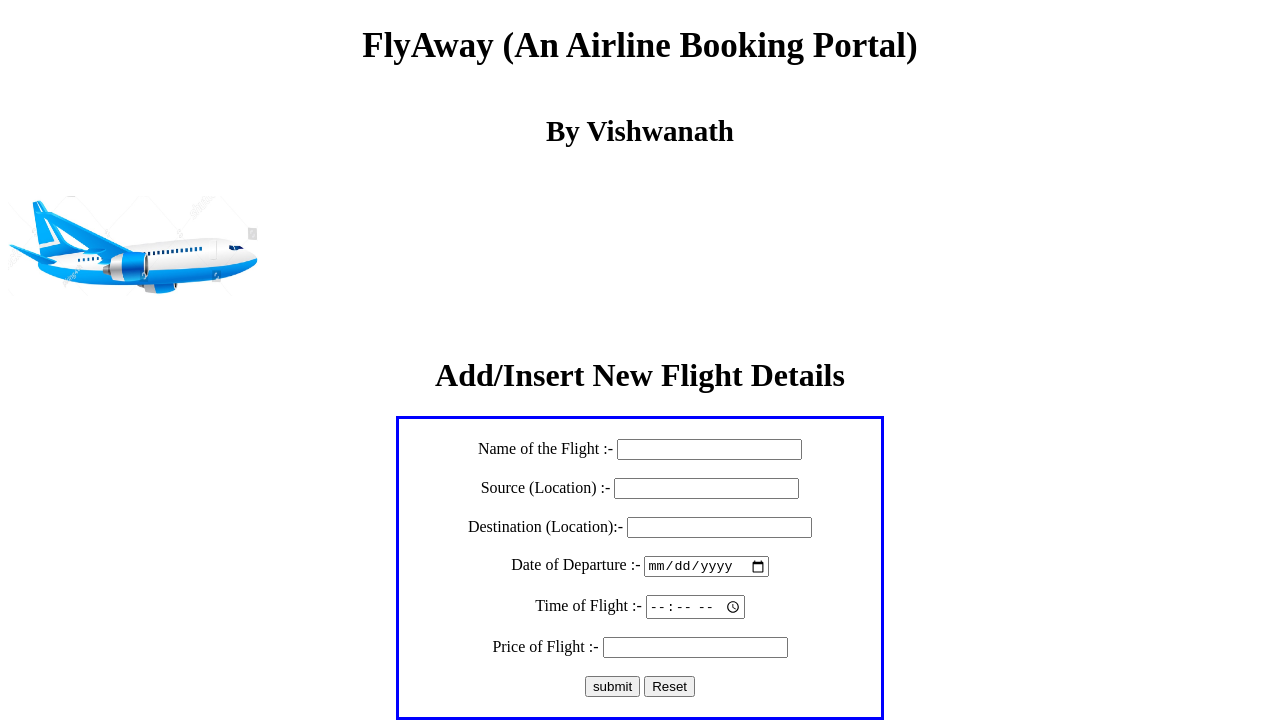
Repository: Vishu4401/FlyAway-An-Airline-Booking-Portal-
Page: http://localhost/FlyAway-An-Airline-Booking-Portal/AdminHome.jsp
An editor plug-in stored every save of this project. The page is shown before and after the next save, followed by the edit.
The browser window is 1280 px wide. The pictures show the whole page.
The page is served by Tomcat 9. Other server files are loaded and not shown.

Above is the page before, as saved 2022-08-24 04:38:13.

### FlyAway-An-Airline-Booking-Portal/src/main/webapp/AdminHome.jsp
<%@ page language="java" contentType="text/html; charset=ISO-8859-1"
    pageEncoding="ISO-8859-1"%>
<!DOCTYPE html>
<html>
<head>

<style>
div1 {
  width: 100px;
  height: 50px;
  background-color: grey;
  font-weight: bold;
  position: relative;
  animation: mymove 5s;
}

#div1 {animation-timing-function: linear;}


@keyframes mymove {
  from {left: 0px;}
  to {left: 300px;}
}

</style>

<meta charset="ISO-8859-1">
<title>Admin Home Page</title>
</head>
<body >
<br>
<a href="HomeScreen.jsp" style="color:black;text-decoration:none ;font-size:35px;font-weight:bold;">
<center>FlyAway (An Airline Booking Portal)
<h5>By Vishwanath</h5>
</center></a>

<div id="div1">
 <img src="flight.jpg" alt="Fly Away" width="250" height="100">
</div>

<br><br>
<center>
<h1>Add/Insert New Flight Details</h1>

<div></div>
<div style="border:3px solid blue;width:35%;padding:20px" align="center">
<form action="BookFlight.jsp" method=post>
	<label for=name>Name of the Flight :-</label> <input type="text" name=name id=name required /><br><br>
	<label for=from>Source (Location) :-</label> <input type="text" name=from id=from required/><br><br>
	<label for=to>Destination (Location):-</label> <input type="text" name=to id=to required /><br><br>
	<label for=departure>Date of Departure :-</label> <input type="date" name=departure id=departure required/><br><br>
	<label for=time>Time of Flight :-</label> <input type="time" name=time id=time required /><br><br>
	<label for=price>Price of Flight :-</label> <input type="text" name=price id=price required /><br><br>
	<input type="submit" value=submit /> <input type=reset />
</form>
</div>
</center>
<%
	String message=(String)session.getAttribute("message");
	if(message!=null){
%>
<p style="color:silver;"><%=message %></p>
<%
		session.setAttribute("message", null);
	}
%>
</body>
</html>

After the next save:
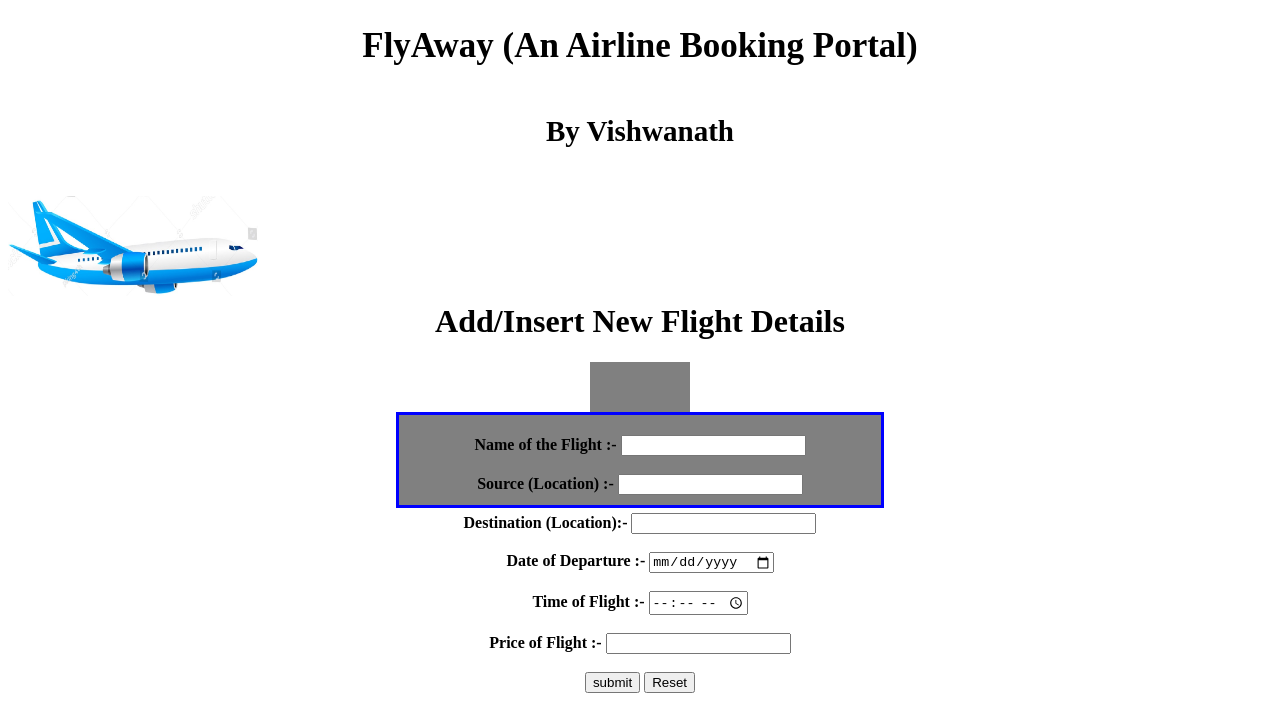
Saved 7 s later.
--- a/FlyAway-An-Airline-Booking-Portal/src/main/webapp/AdminHome.jsp
+++ b/FlyAway-An-Airline-Booking-Portal/src/main/webapp/AdminHome.jsp
@@ -5,7 +5,7 @@
 <head>
 
 <style>
-div1 {
+div {
   width: 100px;
   height: 50px;
   background-color: grey;
